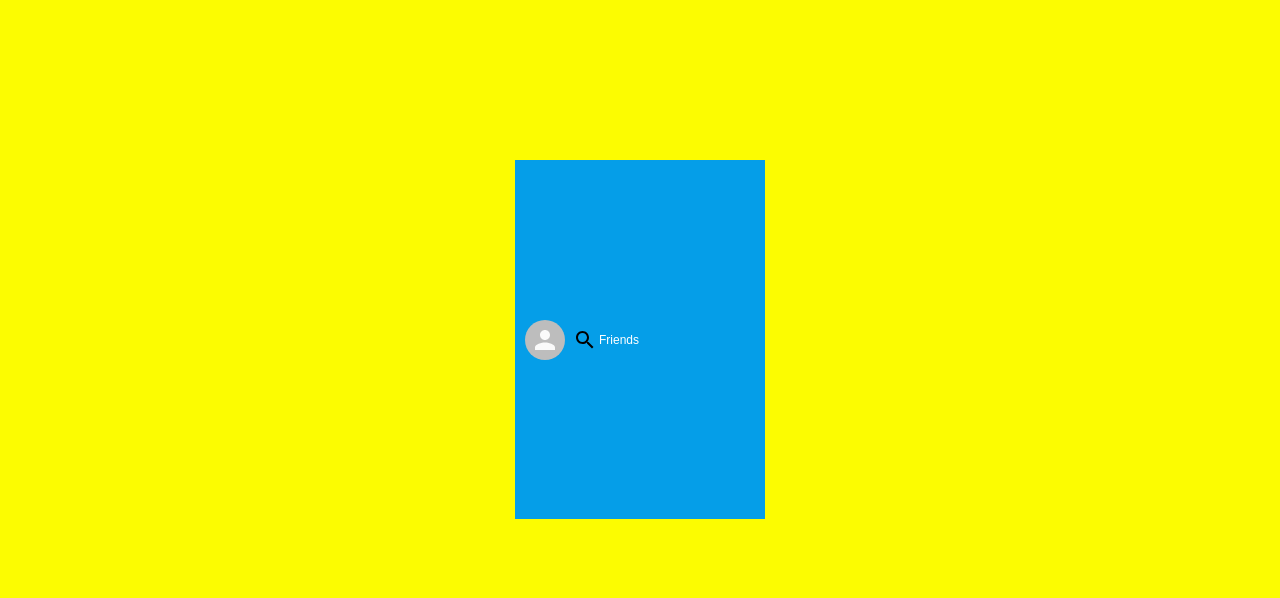
Repository: om1ars/camera-func
Page: /chats
The author's editor kept a copy of each file at every save. The page is drawn from the files as they stood at one save, then again after a run of saves.
The browser window is 1280 px wide. The pictures show the whole page.
The project was rebuilt for these pictures with package versions that can differ from the ones it lists, and the page was loaded fresh each time. Also part of the build but not shown: src/WebcamCapture.css, src/WebCamCapture.js, src/Preview.css, src/firebase.js, src/Preview.js.

Above is the page before, as saved 2021-11-24 16:52:40.

After the next 5 saves:
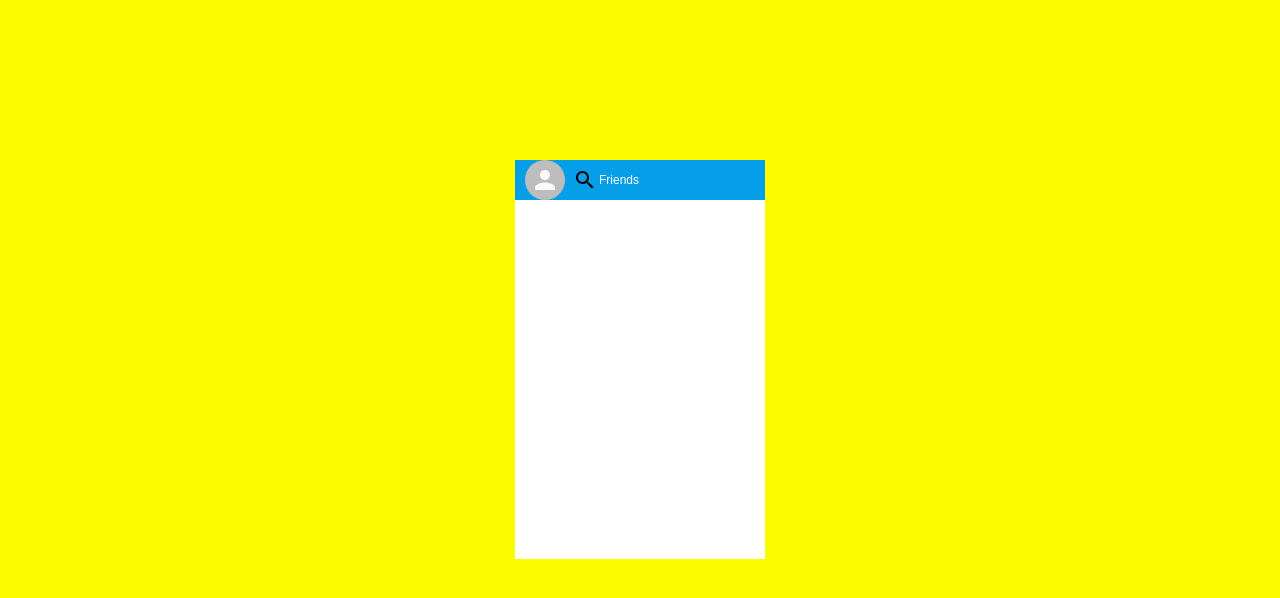
The 5 saves are shown as one change because they came seconds apart.
The last was saved 19 s later.
--- a/src/Cahts.js
+++ b/src/Cahts.js
@@ -1,21 +1,19 @@
-import { Avatar } from '@material-ui/core'
-import { Search } from '@material-ui/icons'
-import React from 'react'
-import './Chats.css'
+import { Avatar } from "@material-ui/core";
+import { Search } from "@material-ui/icons";
+import React from "react";
+import "./Chats.css";
 
 export default function Cahts() {
-    return (
-        <div className='chats'>
-            <div className='chats__header'>
-                <Avatar className='chats__avatar' />
-                <div className='chats__search'>
-                    <Search />
-                    <input placeholder='Friends' className='chats__chatIcon' />
-                </div>
-                <div className='chat__posts'>
-
-                </div>
-            </div>
+  return (
+    <div className="chats">
+      <div className="chats__header">
+        <Avatar className="chats__avatar" />
+        <div className="chats__search">
+          <Search />
+          <input placeholder="Friends" className="chats__chatIcon" />
         </div>
-    )
+      </div>
+      <div className="chat__posts"></div>
+    </div>
+  );
 }
